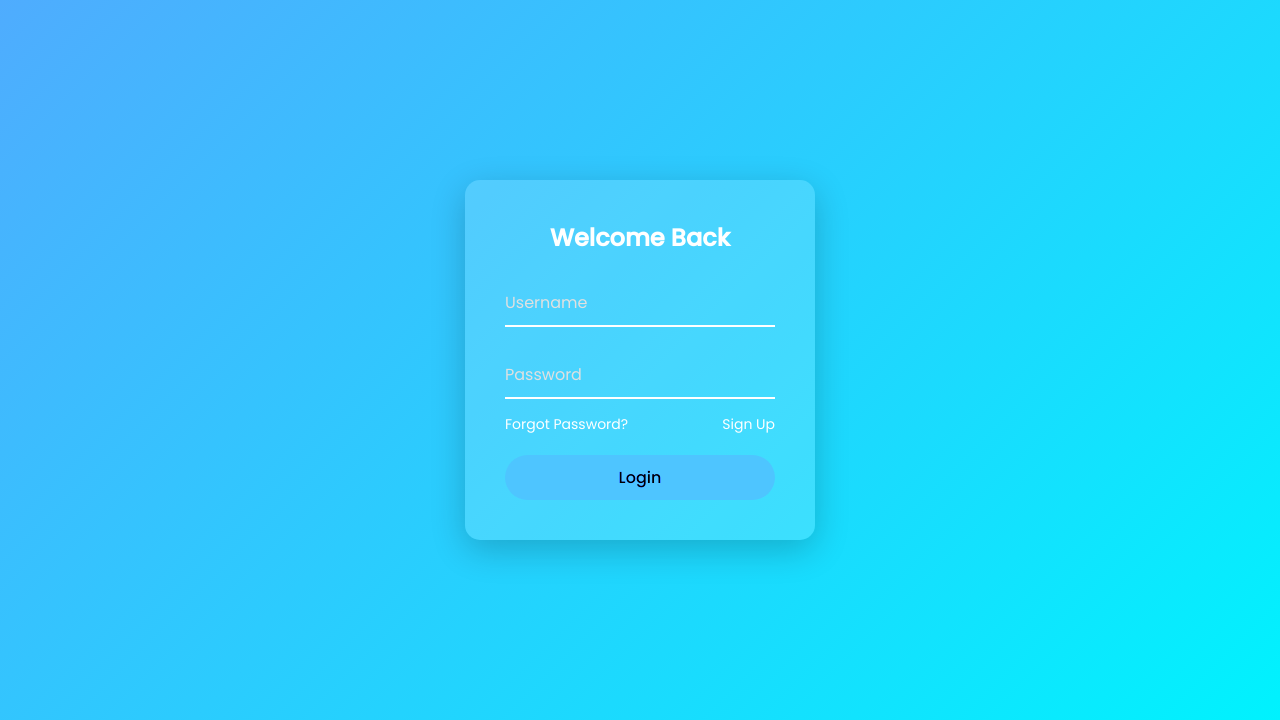
Repository: abhayxxmm1/j2ee-
Page: Projects/inventorymanagement/src/main/webapp/Login.html
The author's editor kept a copy of each file at every save. The page is drawn from the files as they stood at one save, then again after the next save.
The browser window is 1280 px wide. The pictures show the whole page.

Above is the page before, as saved 2025-12-05 10:17:56.

After the next save:
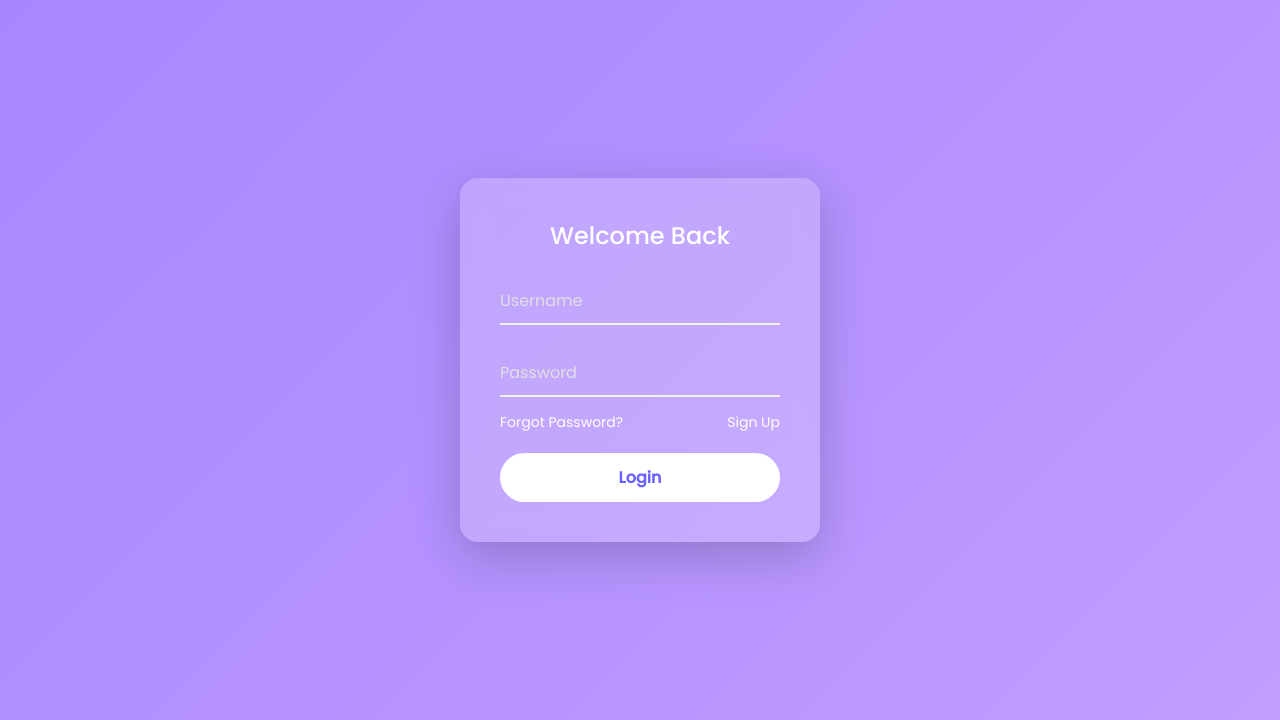
Saved 11 s later.
--- a/Projects/inventorymanagement/src/main/webapp/style.css
+++ b/Projects/inventorymanagement/src/main/webapp/style.css
@@ -12,25 +12,29 @@ body {
     justify-content: center;
     align-items: center;
     height: 100vh;
-    background: linear-gradient(135deg, #4facfe, #00f2fe);
-    animation: bgMove 8s infinite alternate;
+
+    /* Soft user-friendly gradient */
+    background: linear-gradient(135deg, #6C63FF, #A683FF, #C9A7FF);
+    background-size: 300% 300%;
+    animation: bgshift 12s ease infinite;
 }
 
-@keyframes bgMove {
-    0% { filter: hue-rotate(0deg); }
-    100% { filter: hue-rotate(40deg); }
+@keyframes bgshift {
+    0% { background-position: 0% 50%; }
+    50% { background-position: 100% 50%; }
+    100% { background-position: 0% 50%; }
 }
 
 .container {
-    width: 350px;
+    width: 360px;
 }
 
 .box {
-    background: rgba(255, 255, 255, 0.15);
+    background: rgba(255, 255, 255, 0.2);
     padding: 40px;
-    border-radius: 15px;
-    backdrop-filter: blur(10px);
-    box-shadow: 0 10px 35px rgba(0, 0, 0, 0.2);
+    border-radius: 18px;
+    backdrop-filter: blur(12px);
+    box-shadow: 0 15px 50px rgba(0, 0, 0, 0.2);
     animation: slideUp 1s ease forwards;
     transform: translateY(40px);
     opacity: 0;
@@ -47,6 +51,7 @@ h2 {
     text-align: center;
     color: #fff;
     margin-bottom: 25px;
+    font-weight: 500;
 }
 
 .inputBox {
@@ -60,7 +65,7 @@ h2 {
     padding: 10px;
     background: transparent;
     border: none;
-    border-bottom: 2px solid #fff;
+    border-bottom: 2px solid #f0f0f0;
     color: #fff;
     outline: none;
     font-size: 16px;
@@ -73,18 +78,18 @@ h2 {
     padding: 10px 0;
     color: #e0e0e0;
     pointer-events: none;
-    transition: 0.4s;
+    transition: 0.35s;
 }
 
 .inputBox input:focus ~ span,
 .inputBox input:valid ~ span {
     transform: translateY(-18px);
     font-size: 12px;
-    color: #00ffe7;
+    color: #ffe6ff;
 }
 
 .inputBox input:focus {
-    border-bottom-color: #00ffe7;
+    border-bottom-color: #ffe6ff;
 }
 
 .links {
@@ -101,23 +106,23 @@ h2 {
 }
 
 .links a:hover {
-    color: #00ffe7;
+    color: #ffe6ff;
 }
 
 .btn {
     width: 100%;
-    padding: 10px;
-    background: #00e6ff;
+    padding: 12px;
+    background: #ffffff;
     border: none;
     border-radius: 25px;
-    color: #000;
+    color: #6C63FF;
     font-size: 16px;
     cursor: pointer;
     transition: 0.3s;
-    font-weight: 500;
+    font-weight: 600;
 }
 
 .btn:hover {
-    background: #fff;
+    background: #eaeaff;
     transform: scale(1.05);
 }
